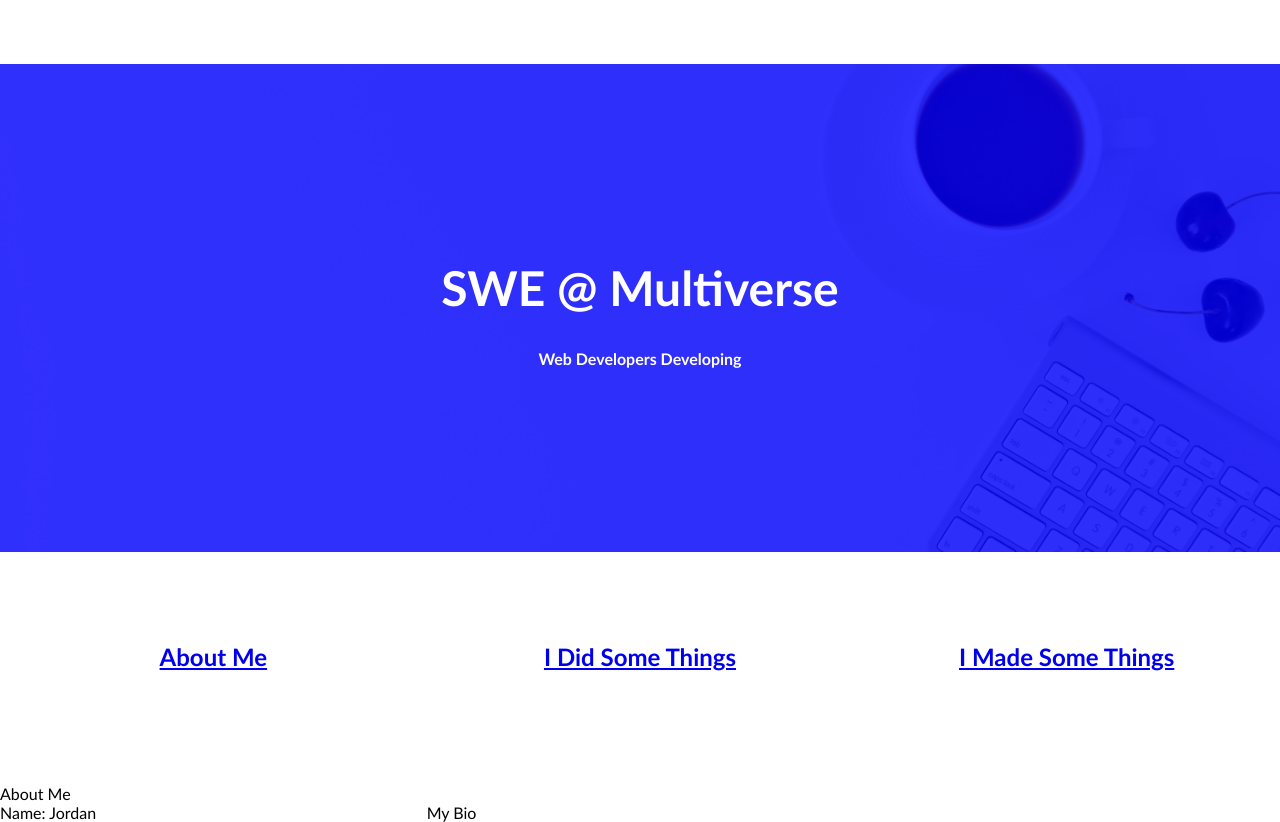
Repository: Scoofster/SWE-Flying-start-bio-website
Page: public/index.html
An editor plug-in stored every save of this project. The page is shown before and after the next save, followed by the edit.
The browser window is 1280 px wide. The pictures show the whole page.

Above is the page before, as saved 2022-06-16 14:05:11.

After the next save:
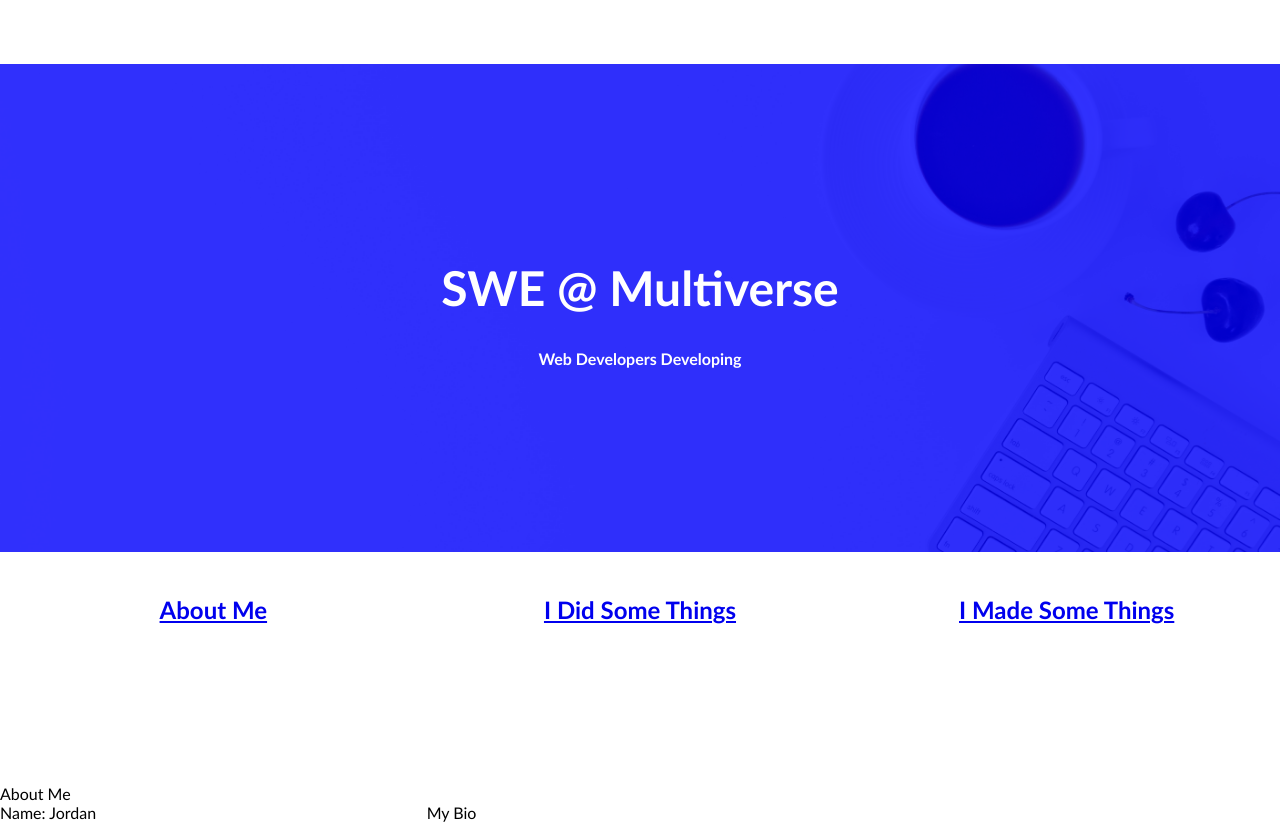
Saved 6 s later.
--- a/public/index.css
+++ b/public/index.css
@@ -44,7 +44,7 @@
 }
 
 .nav-link {
-    height: 90%;
+    height: 50%;
     width:100%;
     display:flex;
     align-items: center;
